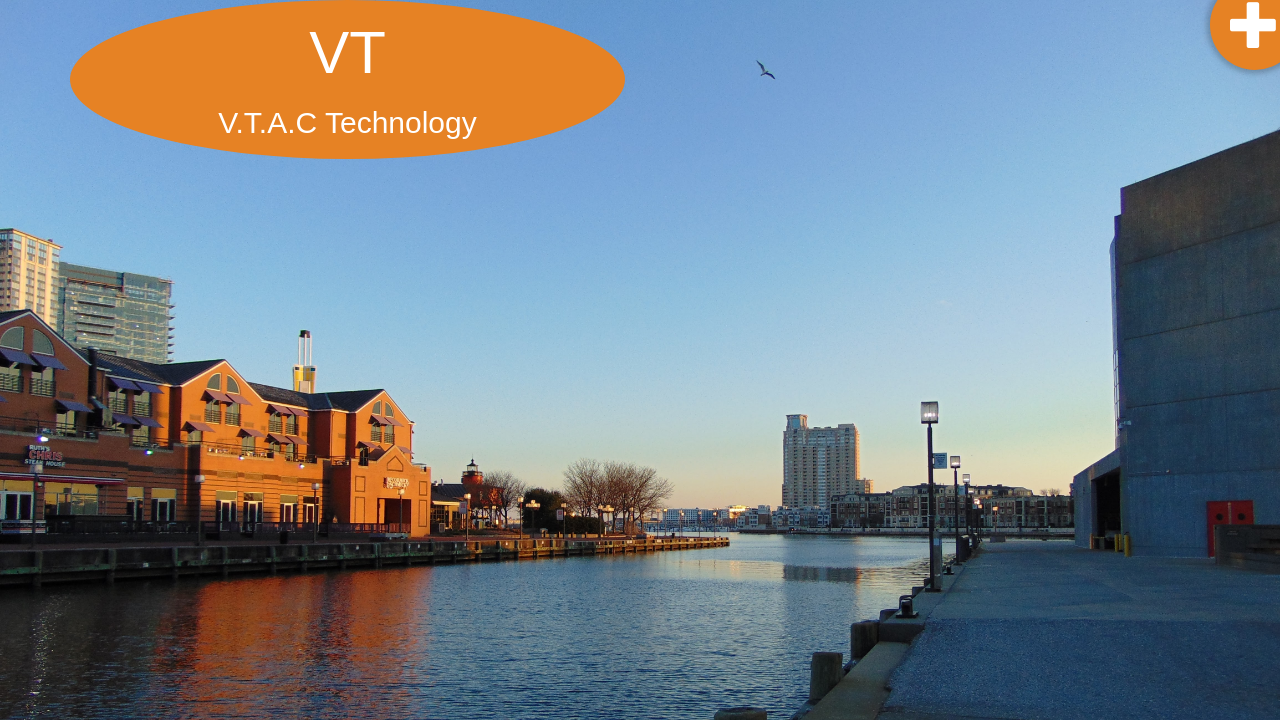
Repository: danidark9312/vtac
Page: http://localhost/vtacTechnology/
The author's editor kept a copy of each file at every save. The page is drawn from the files as they stood at one save, then again after the next save.
The browser window is 1280 px wide. The pictures show the whole page.
The page is served by Tomcat 9.

Above is the page before, as saved 2017-01-30 17:58:38.
Console error (its wording comes from the project's code and is left out).

### vtacTechnology/WebContent/index.jsp
<%@ page language="java" contentType="text/html; charset=ISO-8859-1"
    pageEncoding="ISO-8859-1"%>
<!DOCTYPE html PUBLIC "-//W3C//DTD HTML 4.01 Transitional//EN" "http://www.w3.org/TR/html4/loose.dtd">
<html>
<head>
	<meta http-equiv="Content-Type" content="text/html; charset=ISO-8859-1">
	<title>VTAC Tehnology</title>

	<link href="bootstrap/css/bootstrap.min.css" rel="stylesheet">
 	<script src="bootstrap/js/bootstrap.min.js"> </script>
 	<script src="jquery/jquery.min.js" ></script>
 	<script src="js/menu.js" ></script>

 	<link href="css/common.css" rel="stylesheet" />

</head>
<body>
<div class="menuContainer">
<div class="floatingMenu" onclick="openMenu()">
 <span class="glyphicon glyphicon-plus" aria-hidden="true"></span>
</div>
	<div class="optionGroup">
		<div class="option">Services</div>
		<div class="option">Portfolio</div>
		<div class="option">Contact</div>
	</div>

</div>
	<div class="container">
		<div class="row">
			<div class="col-md-6">
				<div class="mainLogo">
					<h1>VT</h1>
					<h2>V.T.A.C Technology</h2>

				</div>
			</div>
		</div>
	</div>


</body>
</html>

### vtacTechnology/WebContent/js/menu.js
/**
 *
 */

$(document).ready(function(){
// function for the floating button when cursor leave the button, must hide all options
})

function openMenu(){
	$(".optionGroup .option").toggleClass("shown");
}

### vtacTechnology/WebContent/css/common.css

@CHARSET "ISO-8859-1";


:root {
  --main-color: #e68224;
  --main-color-highlighted: #e8a05d;
}

*{
	font-family: "Comic Sans MS", cursive, sans-serif;
}

.menuContainer{
	position : fixed;
	right: 0px;
	top: 0px;
}

.floatingMenu{
	    background-color: var(--main-color);
    color: white;
    width: 90px;
    height: 90px;
    text-align: center;
    padding: 18px;
    border-radius: 100%;
    box-shadow: 0px 0px 5px 4px rgba(0, 0, 0, 0.18), 0px 4px 12px -7px rgba(0, 0, 0, 0.15);

    -webkit-transition: all .1s ease-out;
    position: absolute;
    right: -20px;
    top: -20px;
    cursor: pointer;
}


.menuContainer .optionGroup{
	        padding: 5px 0;
	        margin-top: 12px;
    font-size: 23px;
    position: absolute;
    top: 70px;
    right: 0px;;
}

.floatingMenu:hover{
	right: 0px;
	top: 0px;
	box-shadow: 0px 0px 14px 6px rgba(0, 0, 0, 0.18), 0px 4px 12px -7px rgba(0, 0, 0, 0.15);
}

.floatingMenu span{
	font-size: 50px;
}

.menuContainer .option{
	    padding: 5px 10px;
    font-size: 23px;
    background: var(--main-color);;
    color: white;
    border-top-left-radius: 20px;
    border-bottom-left-radius: 20px;
    box-shadow: 0px 5px 11px -2px rgba(0, 0, 0, 0.18), 0px 4px 12px -7px rgba(0, 0, 0, 0.15);
    -webkit-transition: all .2s ease-out;
    opacity: 0;
    cursor: pointer;
}
.menuContainer .option:hover{
    background-color: var(--main-color-highlighted);
}

.menuContainer .option.shown{
	opacity: 1;
	margin-top: 5px;
}




body {
	background: #ffffff url("../img/background2.jpg") no-repeat right top;
	background-size: cover;
}

.mainLogo{
	    text-align: center;
    padding: 10px;
    background-color: #e68224;
    color: white;
    border-radius: 50%;
}

.mainLogo h1{
	font-size: 60px;
	margin-top: 10px;
}

.mainLogo h2{
	font-size: 40px
	    margin-top: 0px;
}

Loaded but not shown: vtacTechnology/WebContent/bootstrap/css/bootstrap.min.css (library); vtacTechnology/WebContent/bootstrap/js/bootstrap.min.js (library); vtacTechnology/WebContent/jquery/jquery.min.js (library)

After the next save:
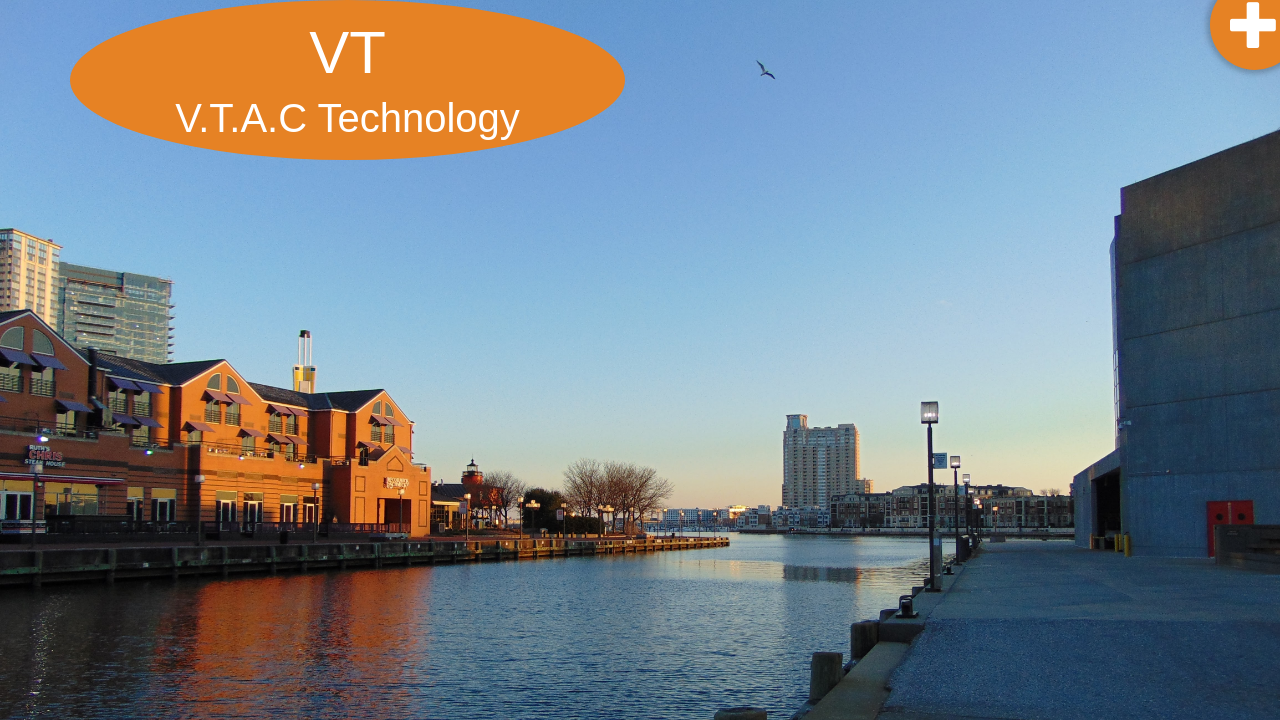
Saved 87 s later.
--- a/vtacTechnology/WebContent/css/common.css
+++ b/vtacTechnology/WebContent/css/common.css
@@ -97,6 +97,6 @@ body {
 }
 
 .mainLogo h2{
-	font-size: 40px
-	    margin-top: 0px;
+	font-size: 40px;
+	margin-top: 0px;
 }
